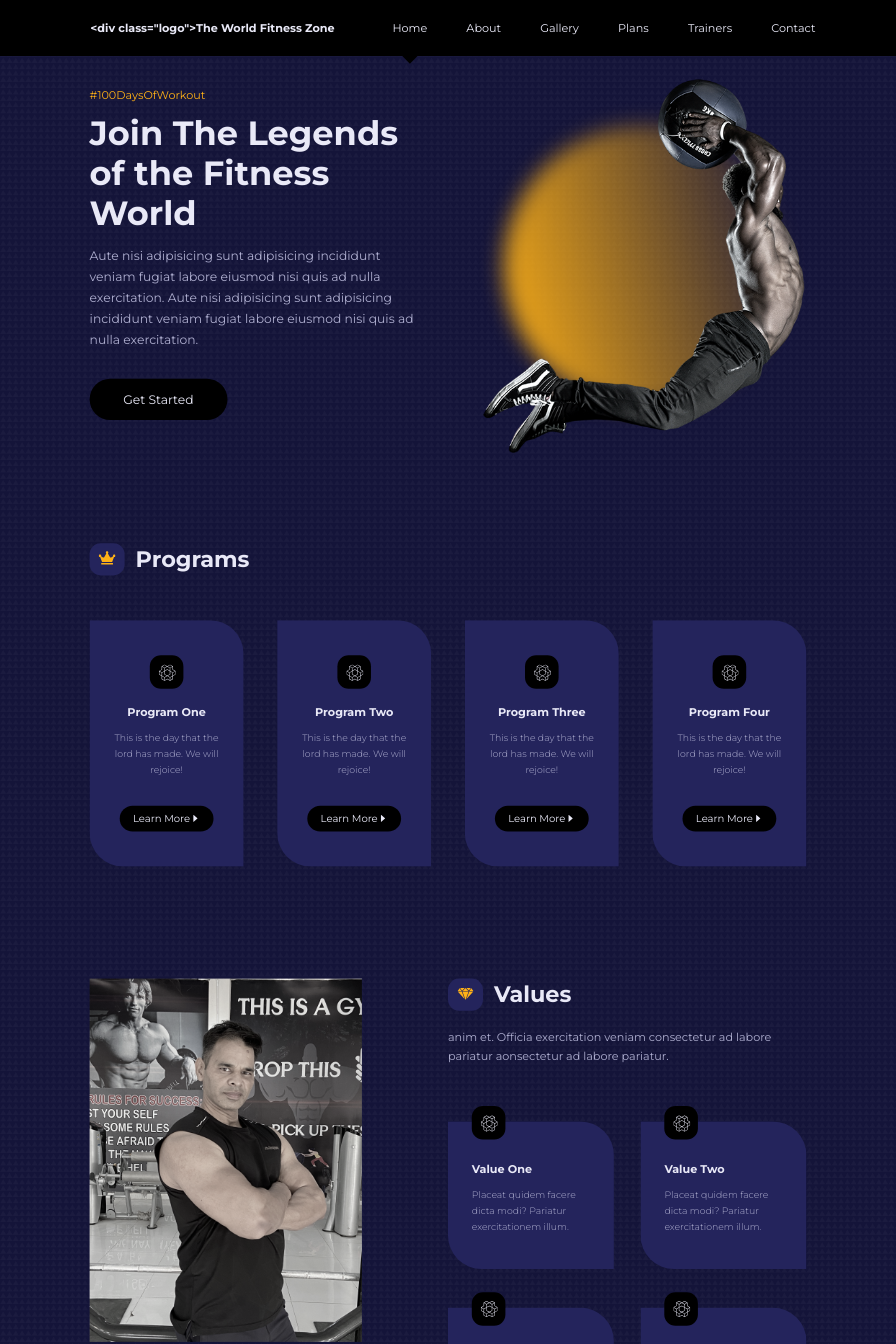
Repository: aryaMode/gym-portfolio
Page: /
An editor plug-in stored every save of this project. The page is shown before and after a run of saves, followed by the edit.
The browser window is 1280 px wide. The pictures show the part of the page from y = 0 to 1920 px (the page is 3946 px tall), at 70% of full size.
The project was rebuilt for these pictures with package versions that can differ from the ones it lists, and the page was loaded fresh each time. Also part of the build but not shown: src/pages/about/about.css, src/components/Header.jsx, src/pages/about/About.jsx, src/pages/contact/contact.css, src/pages/contact/Contact.jsx, src/pages/gallery/gallery.css, src/pages/gallery/Gallery.jsx, src/pages/notFound/notFound.css and 6 more.

Above is the page before, as saved 2023-07-20 16:37:59.

After the next 2 saves:
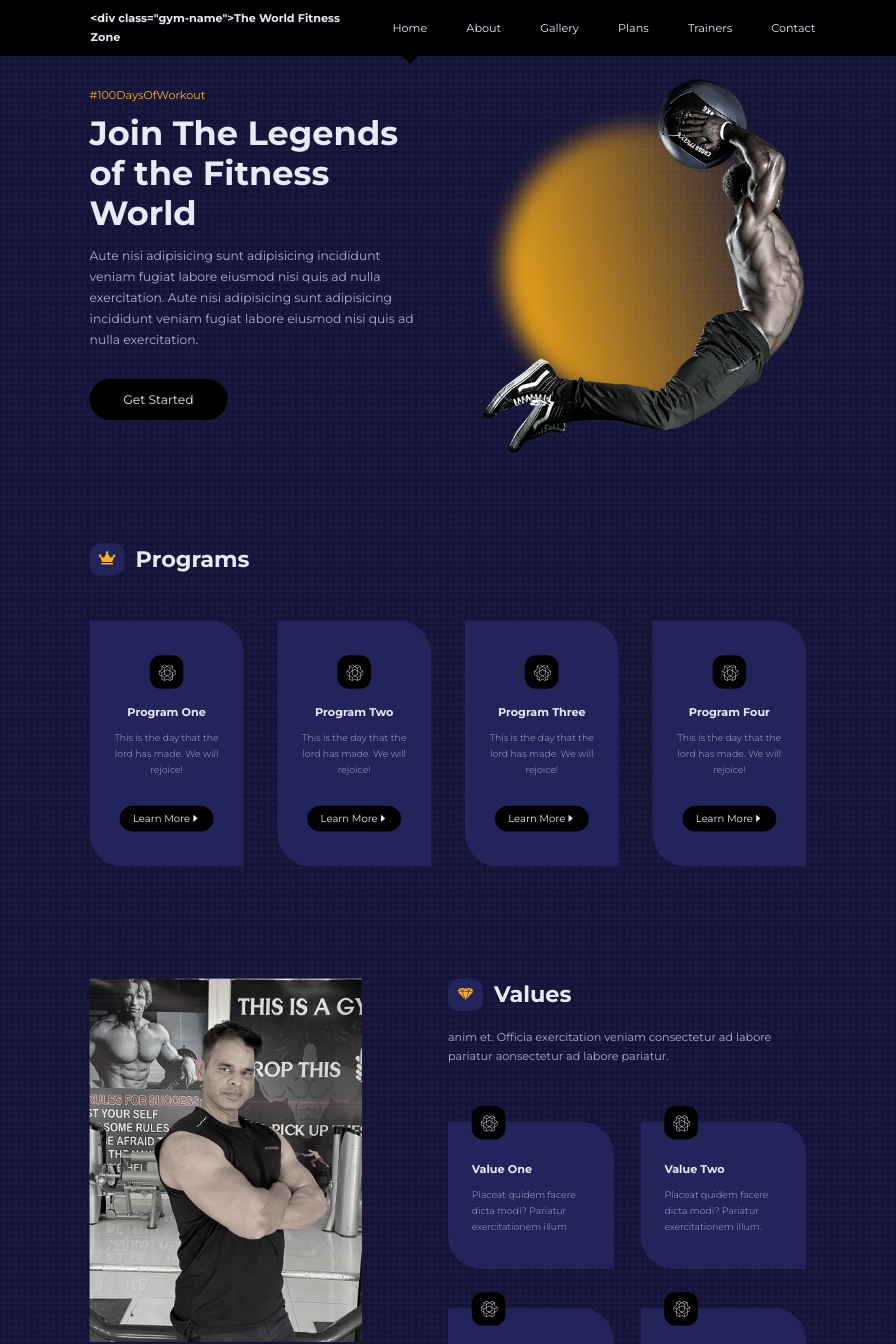
The 2 saves are shown as one change because they came seconds apart.
The last was saved 10 s later.
--- a/src/data.js
+++ b/src/data.js
@@ -1,6 +1,6 @@
 import {SiOpenaigym} from 'react-icons/si'
 
-export const logoName = '<div class="logo">The World Fitness Zone';
+export const logoName = '<div class="gym-name">The World Fitness Zone';
 
 export const links = [
     {
